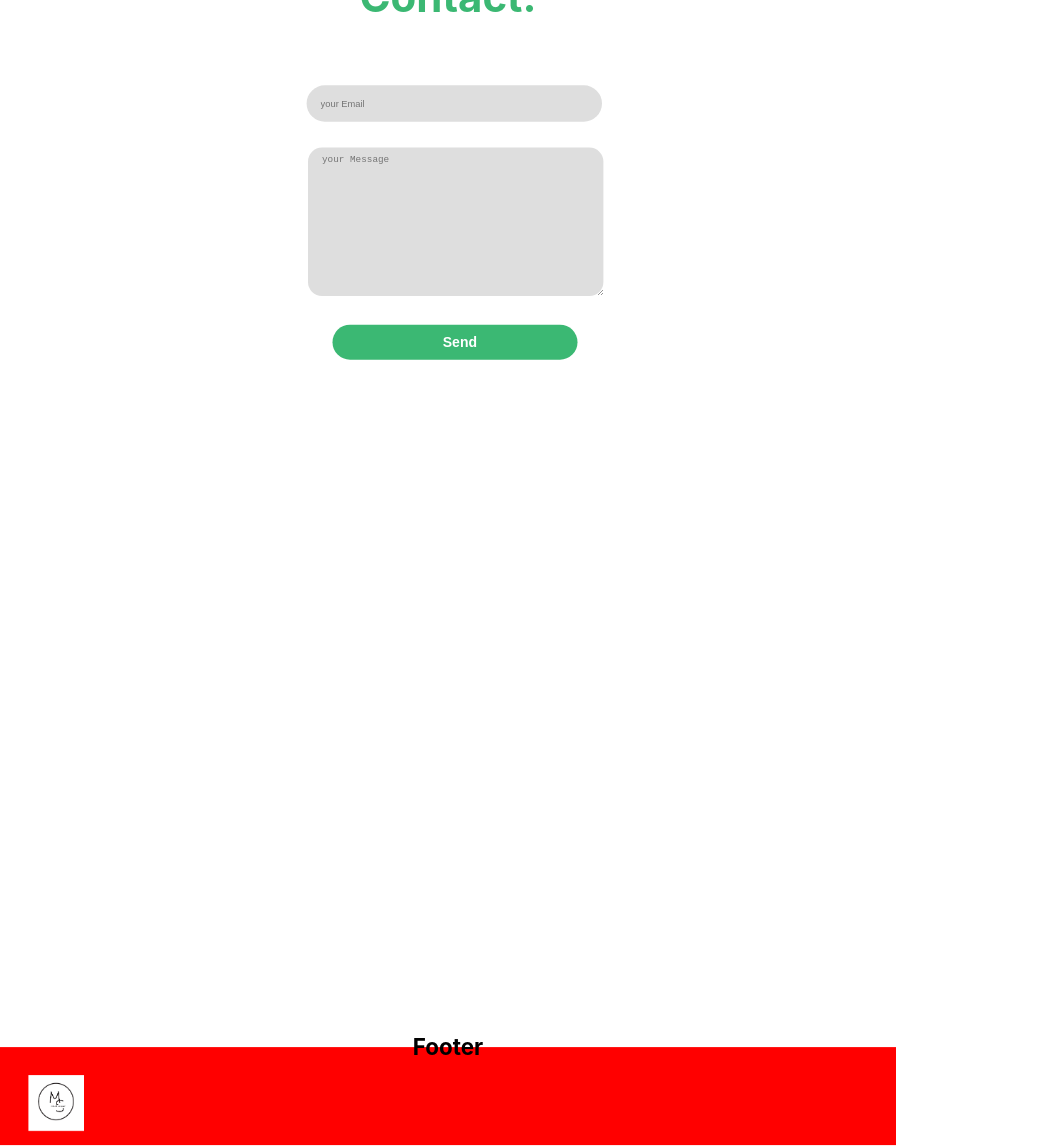
Repository: MEROO1010/Portfolio-2
Page: /
These files come from the project's save history. The page is drawn as it stood at one moment and after the next save; the edit follows.
The browser window is 1280 px wide. The page is 1500 px wide, so the pictures cover 1500 px, including what lies to the right of the window. The pictures show the part of the page from y = 4397 to 6037 px (the page is 6037 px tall before and 5955 px after), at 70% of full size.
The project was rebuilt for these pictures with package versions that can differ from the ones it lists, and the page was loaded fresh each time.

Above is the page before, as saved 2023-12-26 12:50:23.

After the next save:
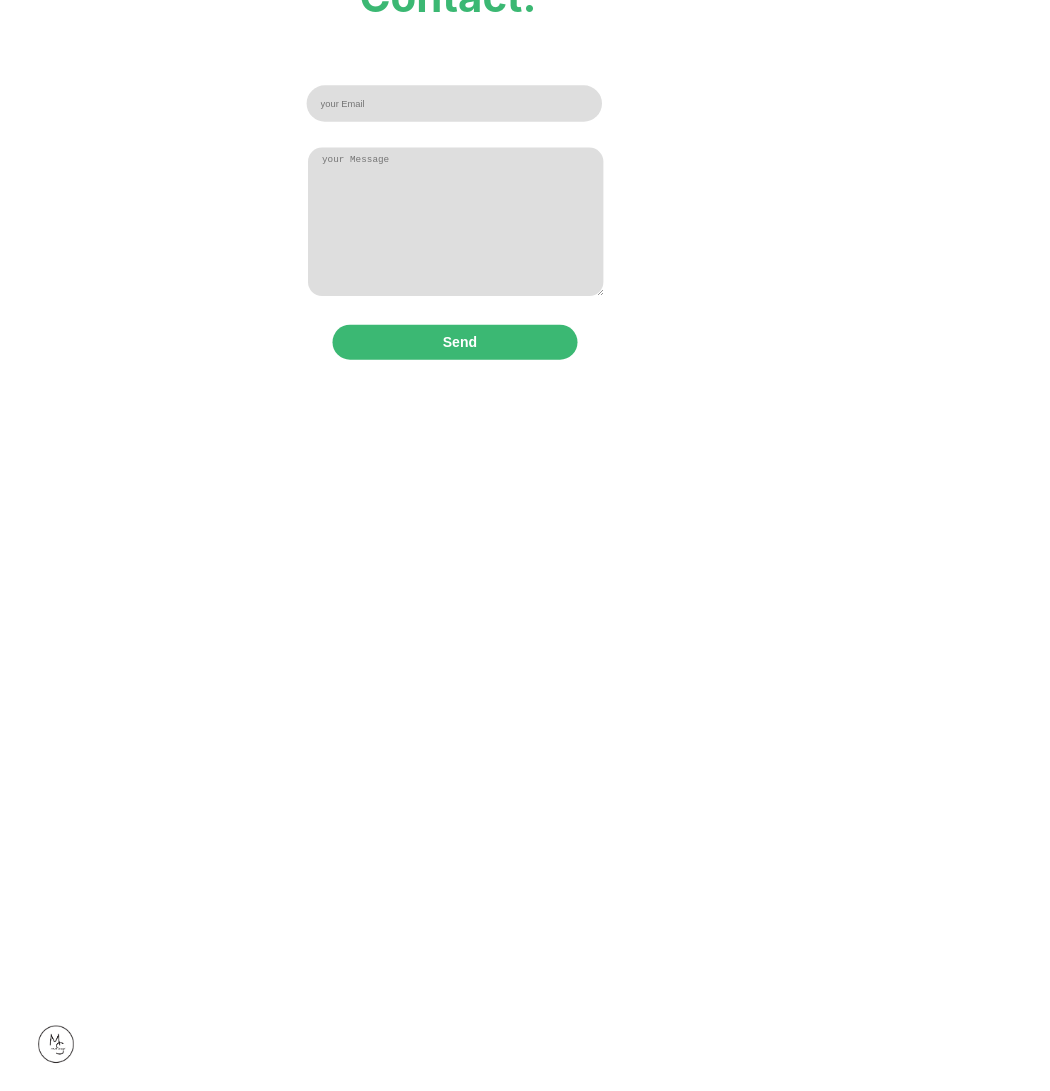
Saved 20 s later.
--- a/src/components/Footer.js
+++ b/src/components/Footer.js
@@ -7,7 +7,7 @@
   return (
     <Container>
        <Logo>
-       <h1>Footer</h1>
+
        <img src={MYLOGO}alt=""/>
        </Logo>
     </Container>
@@ -15,7 +15,7 @@
 }
 
 const Container = styled.div `
- background-color:red;
+
 `
 
 const Logo = styled.div `
